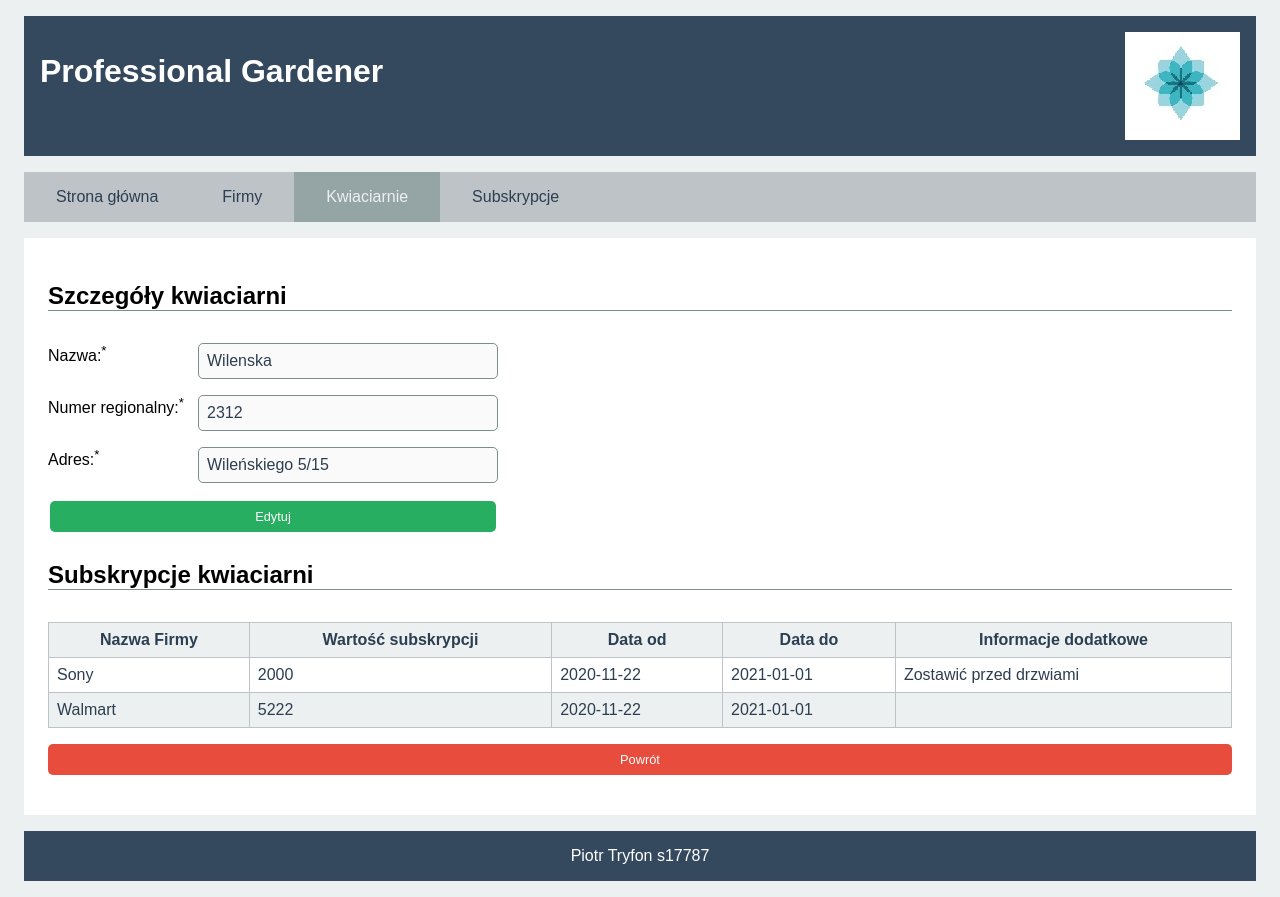
Repository: s17787/TIN
Page: tin_zaoczne_12_s17787_html-css/pages/florist-details.html
The author's editor kept a copy of each file at every save. The page is drawn from the files as they stood at one save, then again after the next save.
The browser window is 1280 px wide. The pictures show the whole page.

Above is the page before, as saved 2021-01-06 08:55:40.

After the next save:
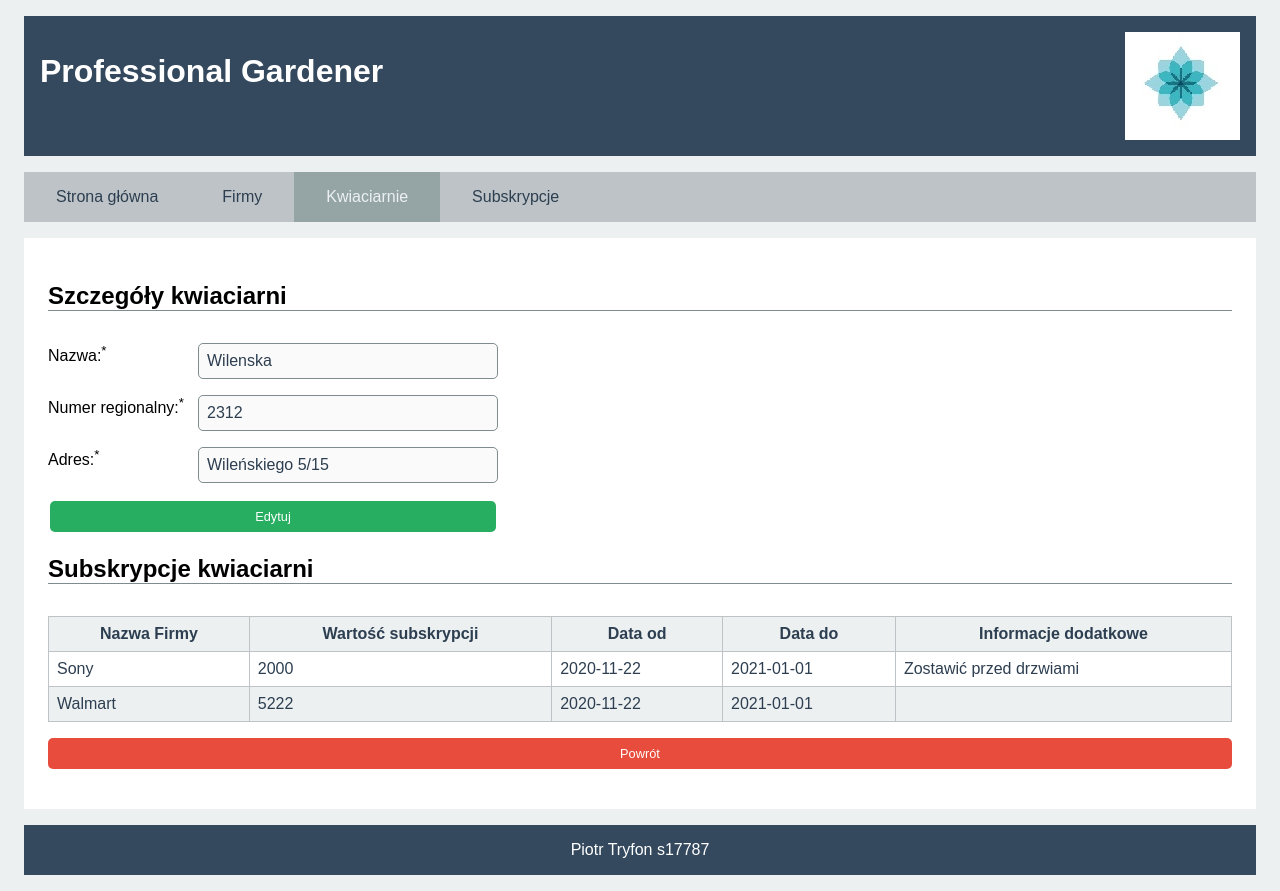
Saved 28 min 4 s later.
--- a/tin_zaoczne_12_s17787_html-css/css/style.css
+++ b/tin_zaoczne_12_s17787_html-css/css/style.css
@@ -237,7 +237,7 @@ abbr[title='required'] {
 }
 
 .form-button-submit {
-    margin-bottom: 0.5rem;
+    margin-bottom: 0.1rem;
 }
 
 @media all and (max-width:720px) {
